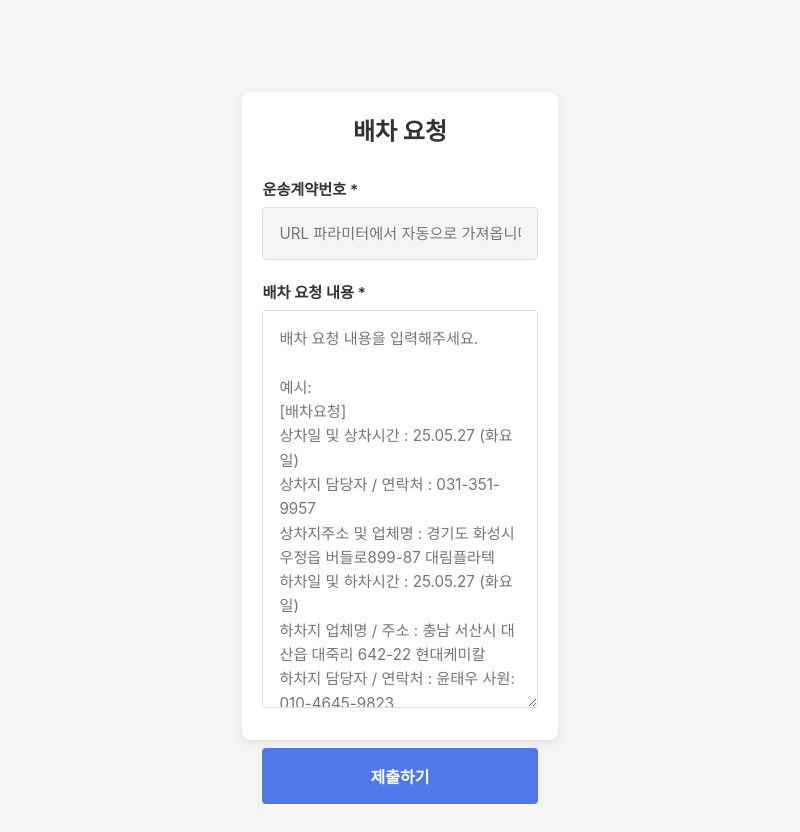
Repository: deul428/logis_transport
Page: / (app in frontend/)
These files come from the project's save history. The page is drawn as it stood at one moment and after the next save; the edit follows.
The browser window is 768 px wide. The page is 800 px wide, so the pictures cover 800 px, including what lies to the right of the window. The pictures show the whole page.
The project was rebuilt for these pictures with package versions that can differ from the ones it lists, and the page was loaded fresh each time. Also part of the build but not shown: frontend/src/App.scss.

Above is the page before, as saved 2025-11-13 13:50:41.

After the next save:
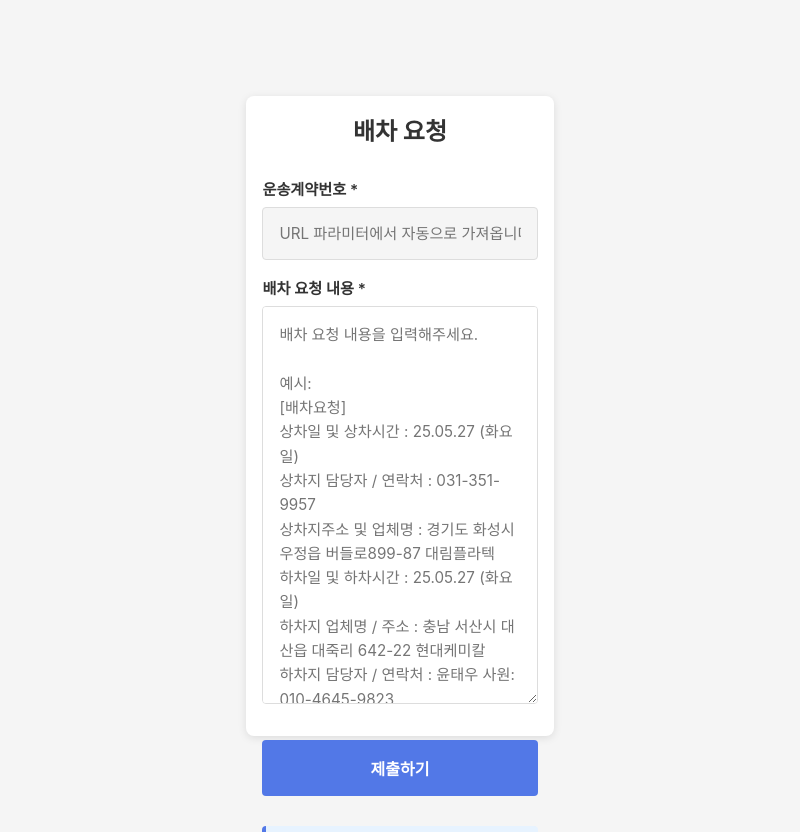
Saved 11 s later.
--- a/frontend/src/styles/transport.scss
+++ b/frontend/src/styles/transport.scss
@@ -37,7 +37,7 @@
         text-align: left;
 
         .input_field {
-          margin-bottom: 20px;
+          margin-bottom: 1rem;
 
           label {
             display: block;
@@ -107,7 +107,7 @@
       text-align: center;
 
       h2 {
-        margin: 0 0 20px;
+        margin: 0 0 1rem;
         font-size: 1.5rem;
         color: #333;
       }
@@ -117,12 +117,12 @@
         margin-bottom: 1rem;
         background-color: #f9f9f9;
         border-radius: 0.25rem;
-        padding: 20px;
+        padding: 1rem;
         box-shadow: none;
 
         div.rows {
           width: 100%;
-          margin-bottom: 20px;
+          margin-bottom: 1rem;
 
           &:last-child {
             margin-bottom: 0;
@@ -157,7 +157,7 @@
         font-weight: 600;
         cursor: pointer;
         transition: background-color 0.3s;
-        margin-top: 20px;
+        margin-top: 1rem;
 
         &:hover {
           background-color: #5a6268;
@@ -196,7 +196,7 @@
     padding: 1rem;
 
     .cntnt_box {
-      padding: 20px;
+      padding: 1rem;
 
       .transport_header h2 {
         font-size: 1.5rem;
